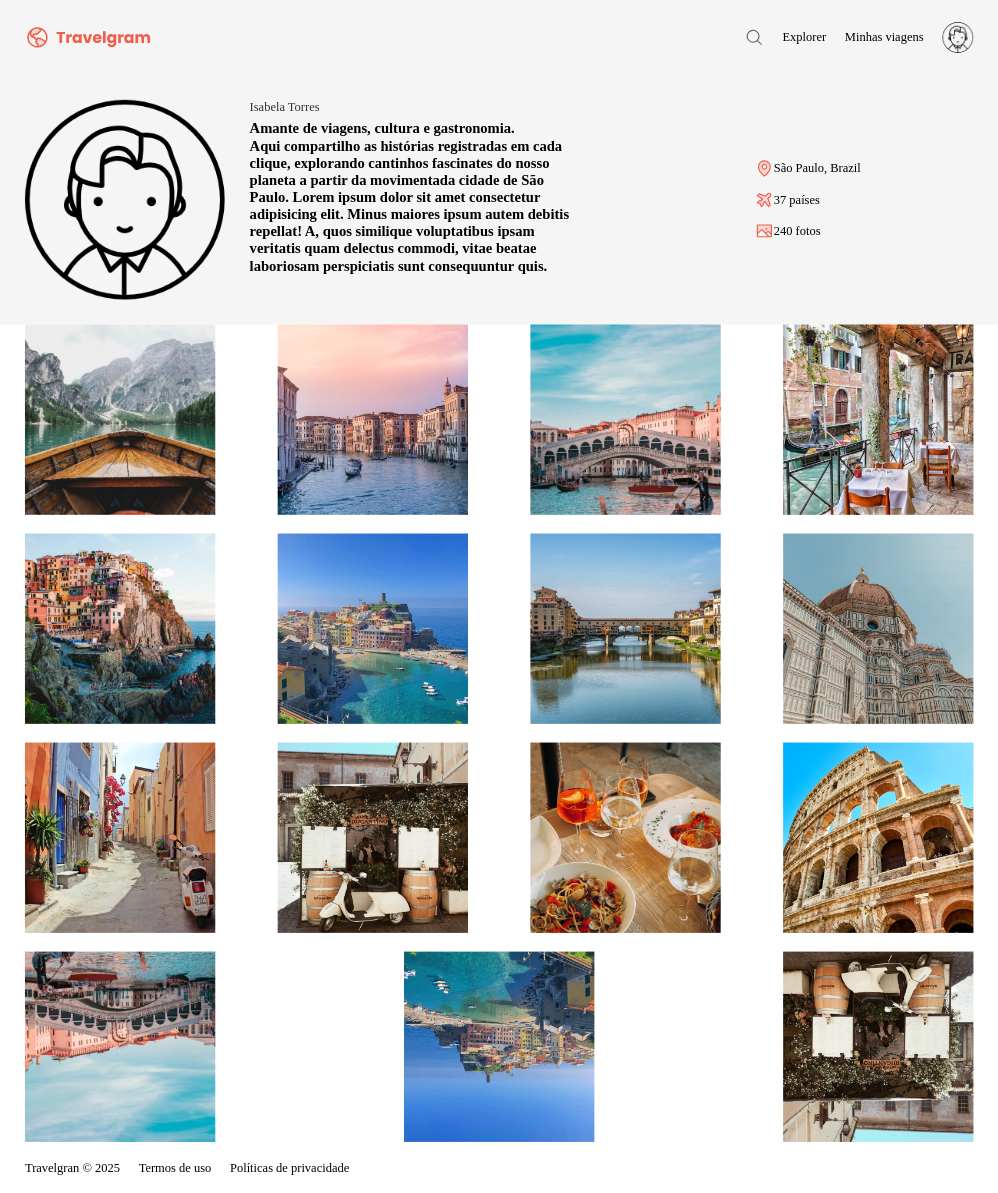
Repository: JeffRodFer/projeto-Travelgran-Rockeseat
Page: index.html
These files come from the project's save history. The page is drawn as it stood at one moment and after the next save; the edit follows.
The browser window is 1280 px wide. The pictures show the whole page, at 78% of full size.

Above is the page before, as saved 2025-03-22 23:07:14.

After the next save:
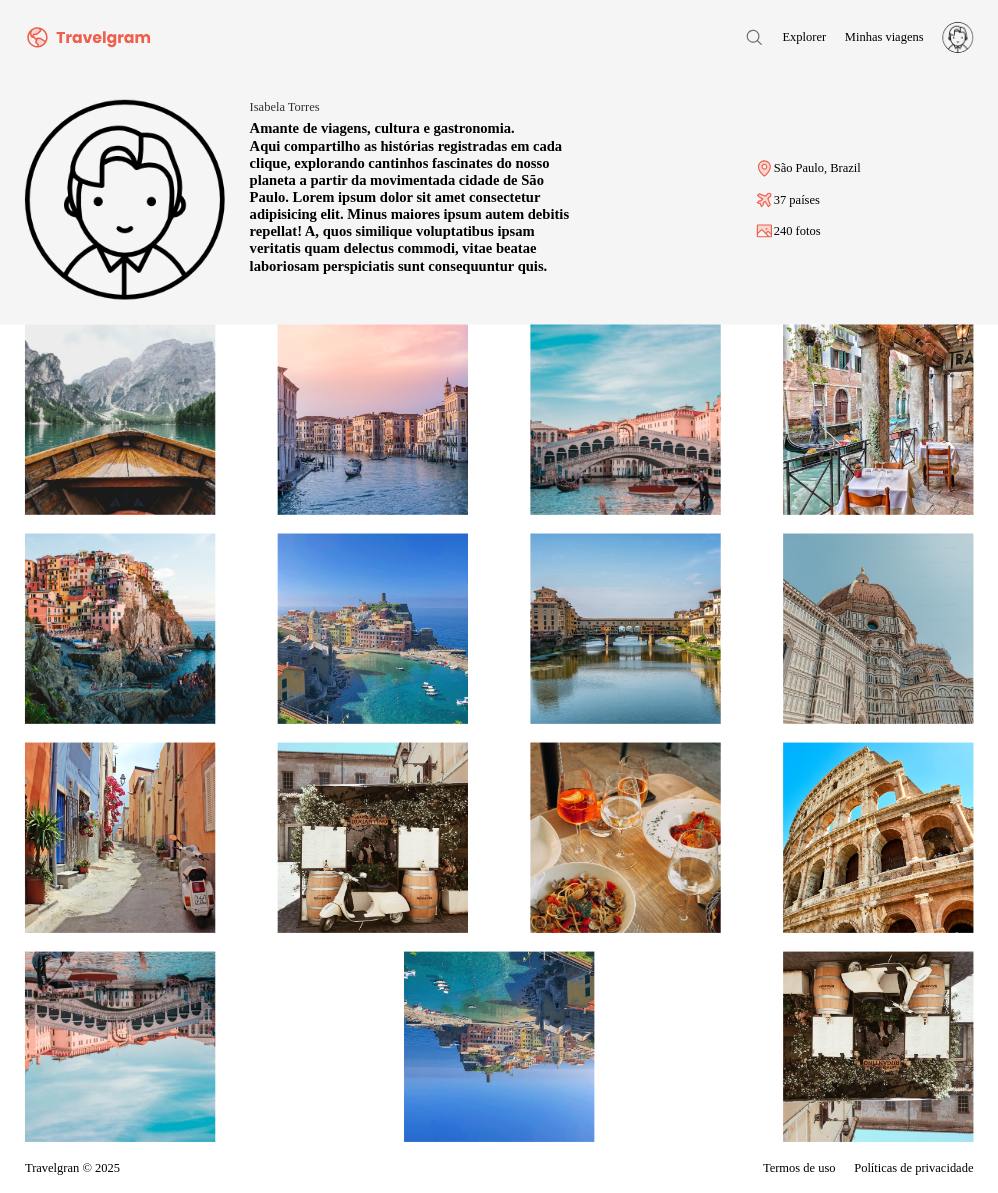
Saved 4 s later.
--- a/styles/footer.css
+++ b/styles/footer.css
@@ -5,5 +5,5 @@ footer {
 }
 
 footer span:nth-child(1){
-    margin-right auto;
+    margin-right: auto;
 }
